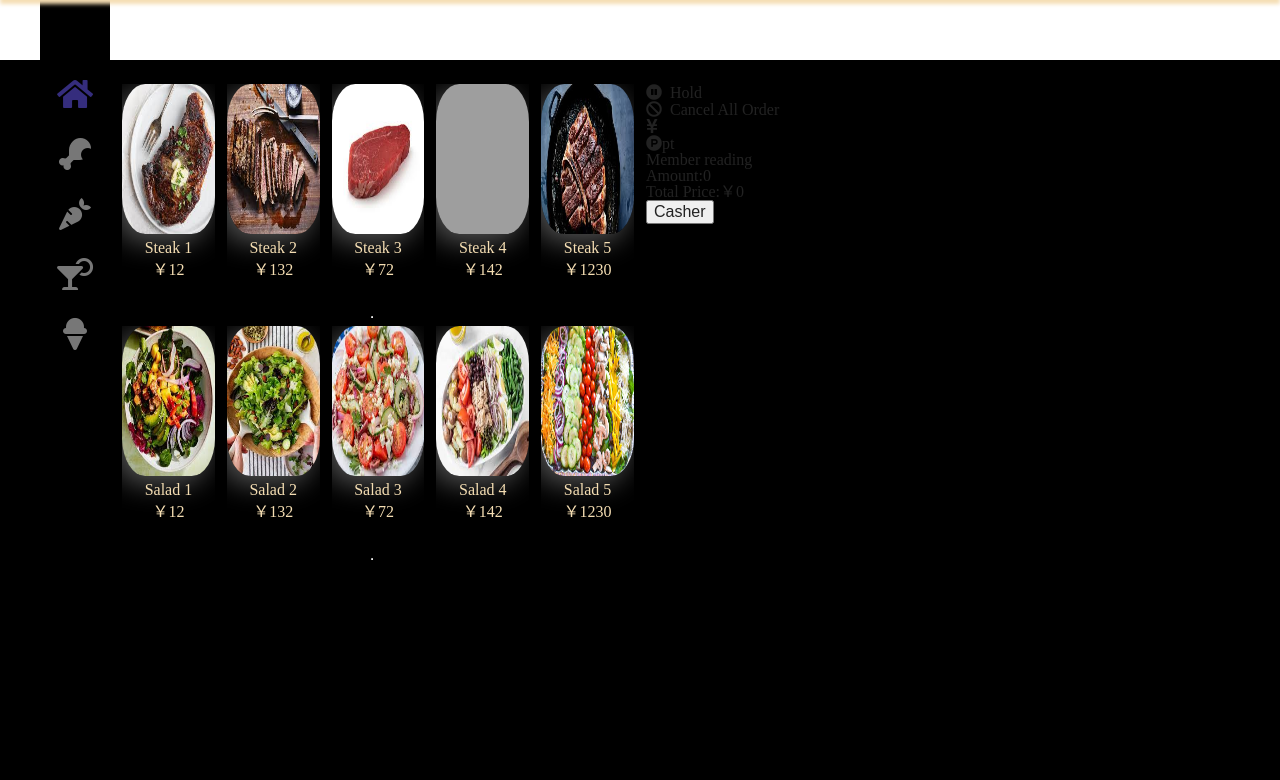
Repository: vuhungson158/Menu
Page: /
The author's editor kept a copy of each file at every save. The page is drawn from the files as they stood at one save, then again after the next save.
The browser window is 1280 px wide. The pictures show the whole page.
Pictures or frames that could not be fetched are drawn as grey boxes. The project was rebuilt for these pictures with package versions that can differ from the ones it lists, and the page was loaded fresh each time. Also part of the build but not shown: src/component/mainMenu/orderBlock/orderContent/OrderedItem.jsx, src/redux-store/actions/HoldActions.jsx, src/component/mainMenu/orderBlock/utilities/HoldItem.jsx.

Above is the page before, as saved 2021-08-22 09:49:07.

After the next save:
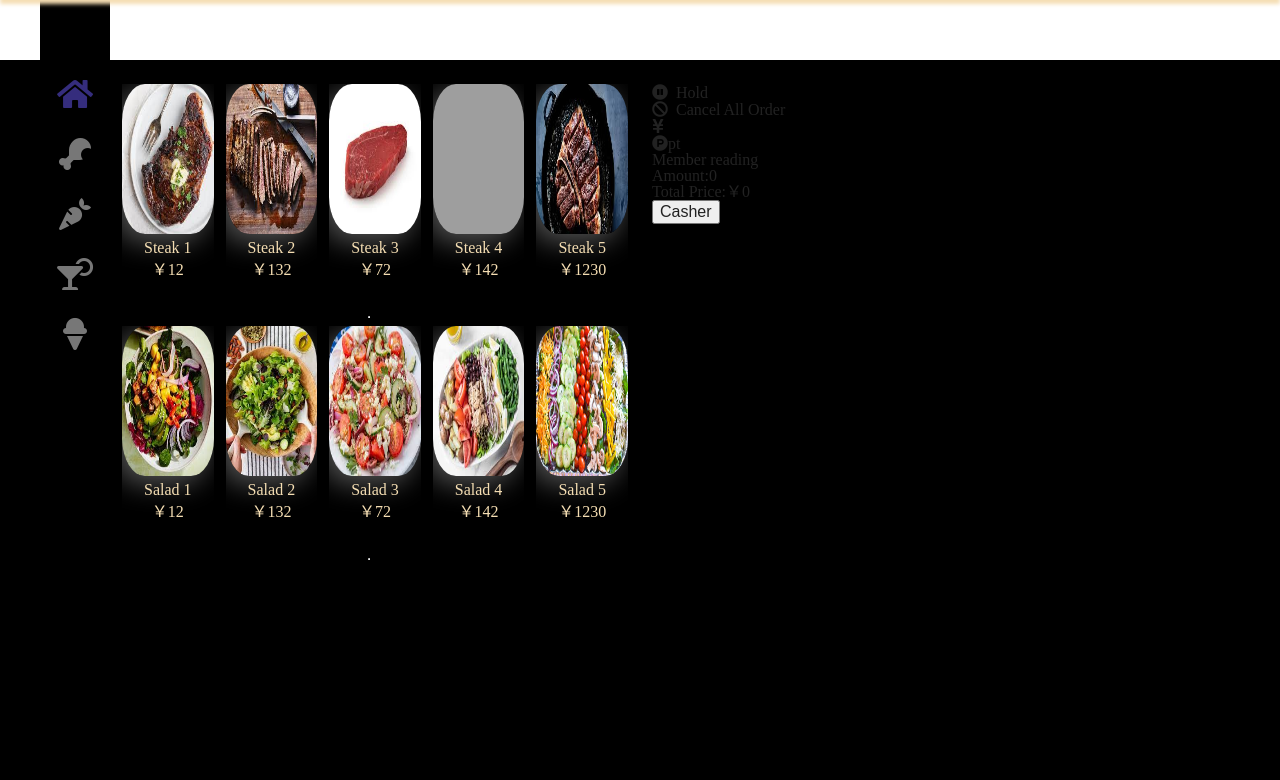
Saved 41 s later.
--- a/src/styles/App.scss
+++ b/src/styles/App.scss
@@ -146,7 +146,7 @@ body {
     .container {
         padding-top: 24px;
         .grid {
-            --margin_left: 12px;
+            --margin_left: 24px;
             display: flex;
             margin-left: calc(-1 * var(--margin_left));
             #center-menu,
